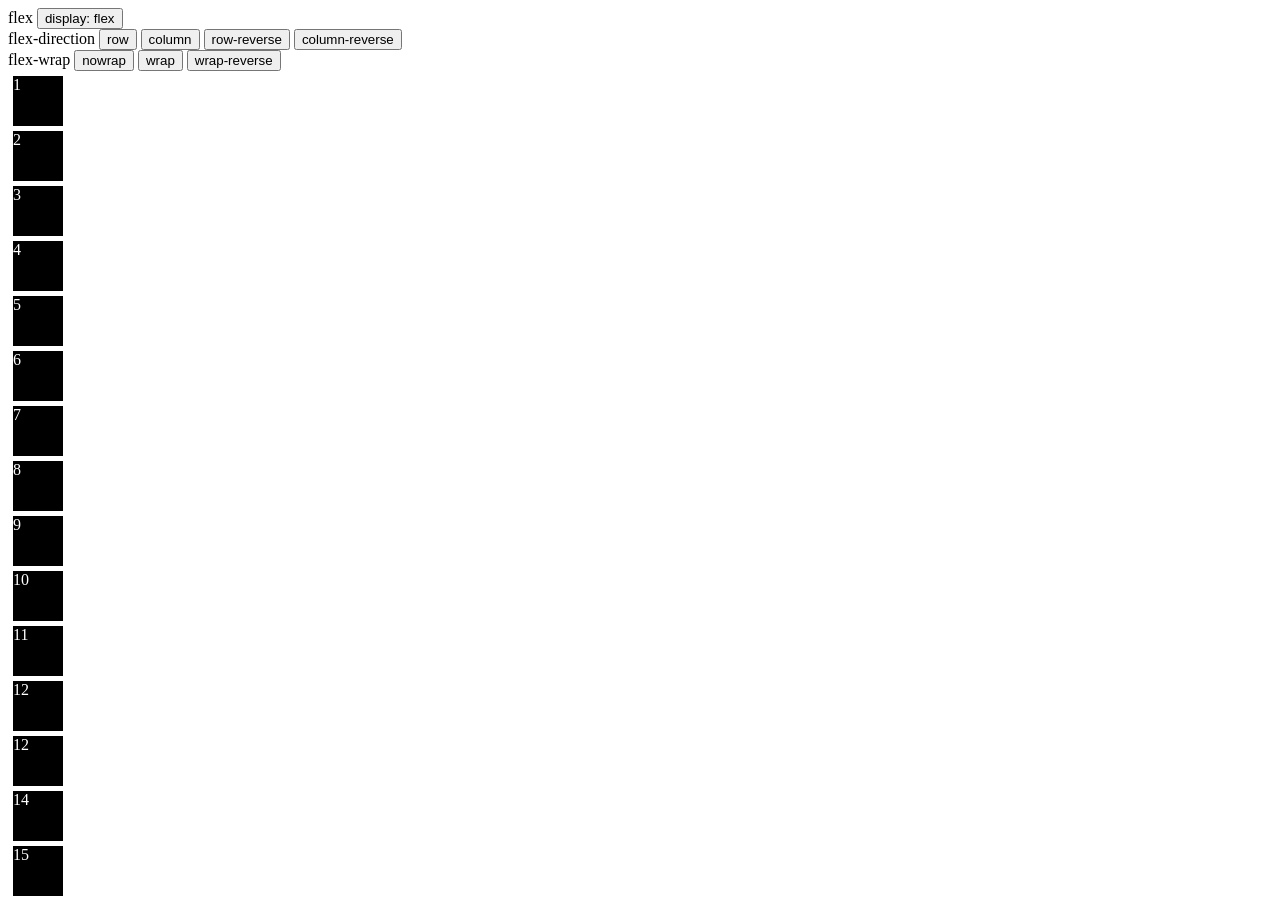
Repository: eeoooo/MINI-PROJECTS-HTML-CSS
Page: 220730-PracticeCSSFlex/index.html
The author's editor kept a copy of each file at every save. The page is drawn from the files as they stood at one save, then again after the next save.
The browser window is 1280 px wide. The pictures show the whole page.

Above is the page before, as saved 2022-07-30 19:24:27.

After the next save:
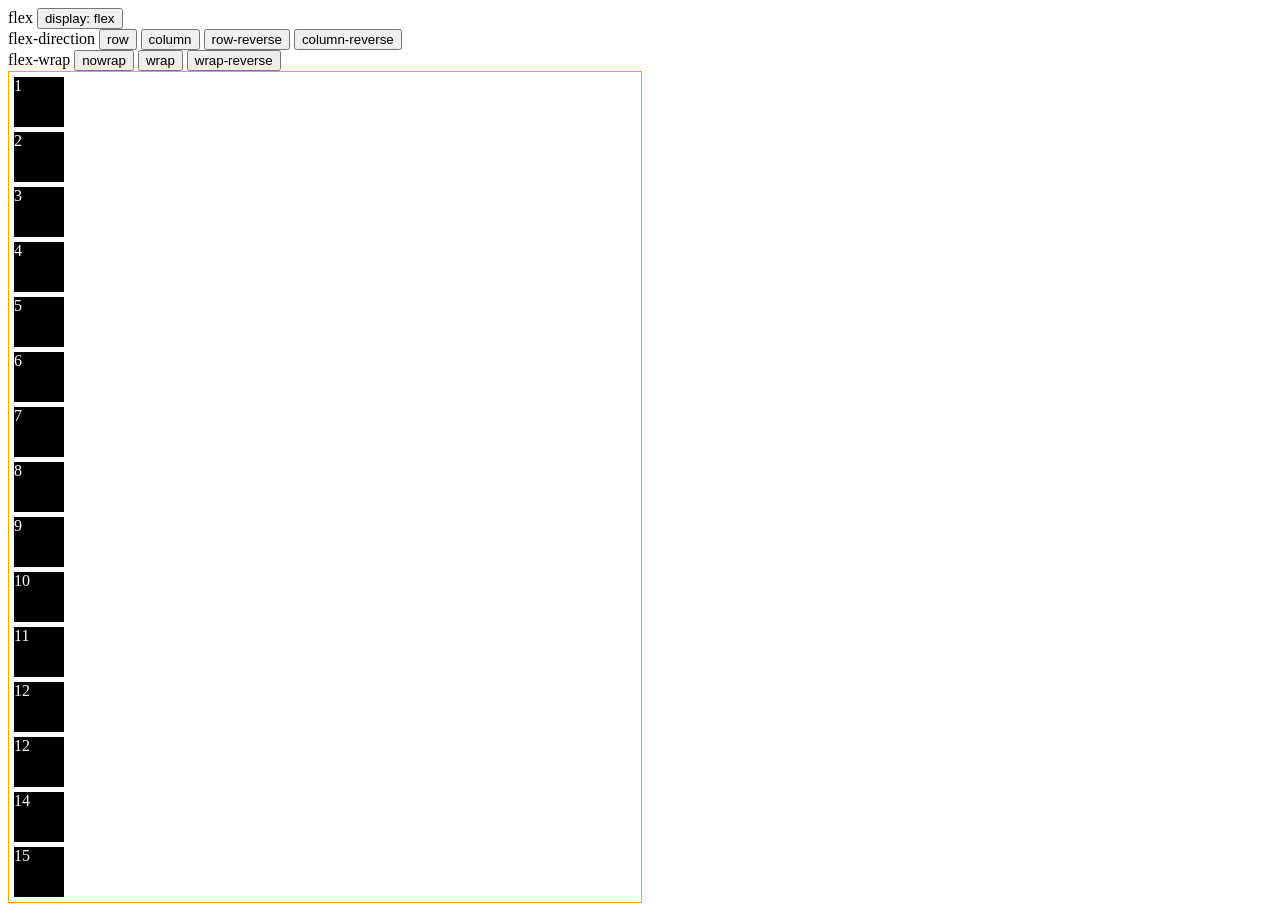
Saved 56 s later.
--- a/220730-PracticeCSSFlex/style.css
+++ b/220730-PracticeCSSFlex/style.css
@@ -1,6 +1,7 @@
 .container {
   width: 50%;
   height: 50%;
+  border: 1px solid orange;
 }
 .box {
   width: 50px;
